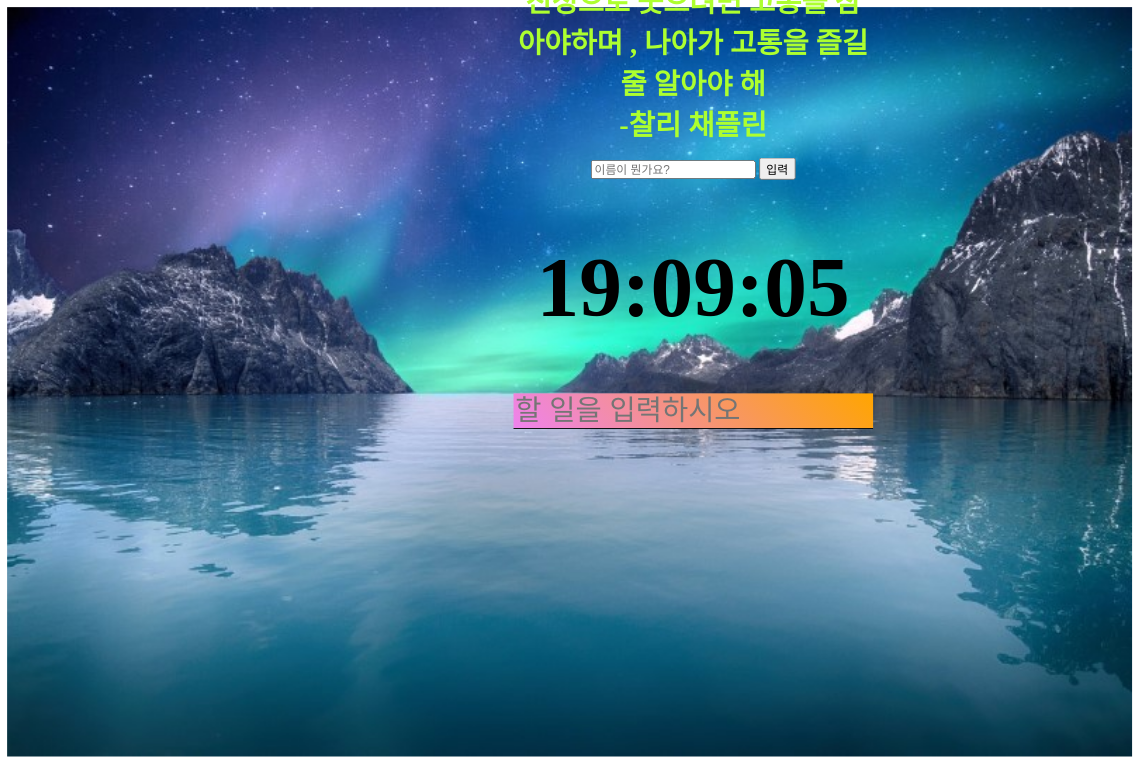
Repository: jun01270/F-E-practice
Page: index.html
An editor plug-in stored every save of this project. The page is shown before and after the next save, followed by the edit.
The browser window is 1280 px wide. The pictures show the whole page, at 89% of full size.

Above is the page before, as saved 2023-07-12 15:20:52.

After the next save:
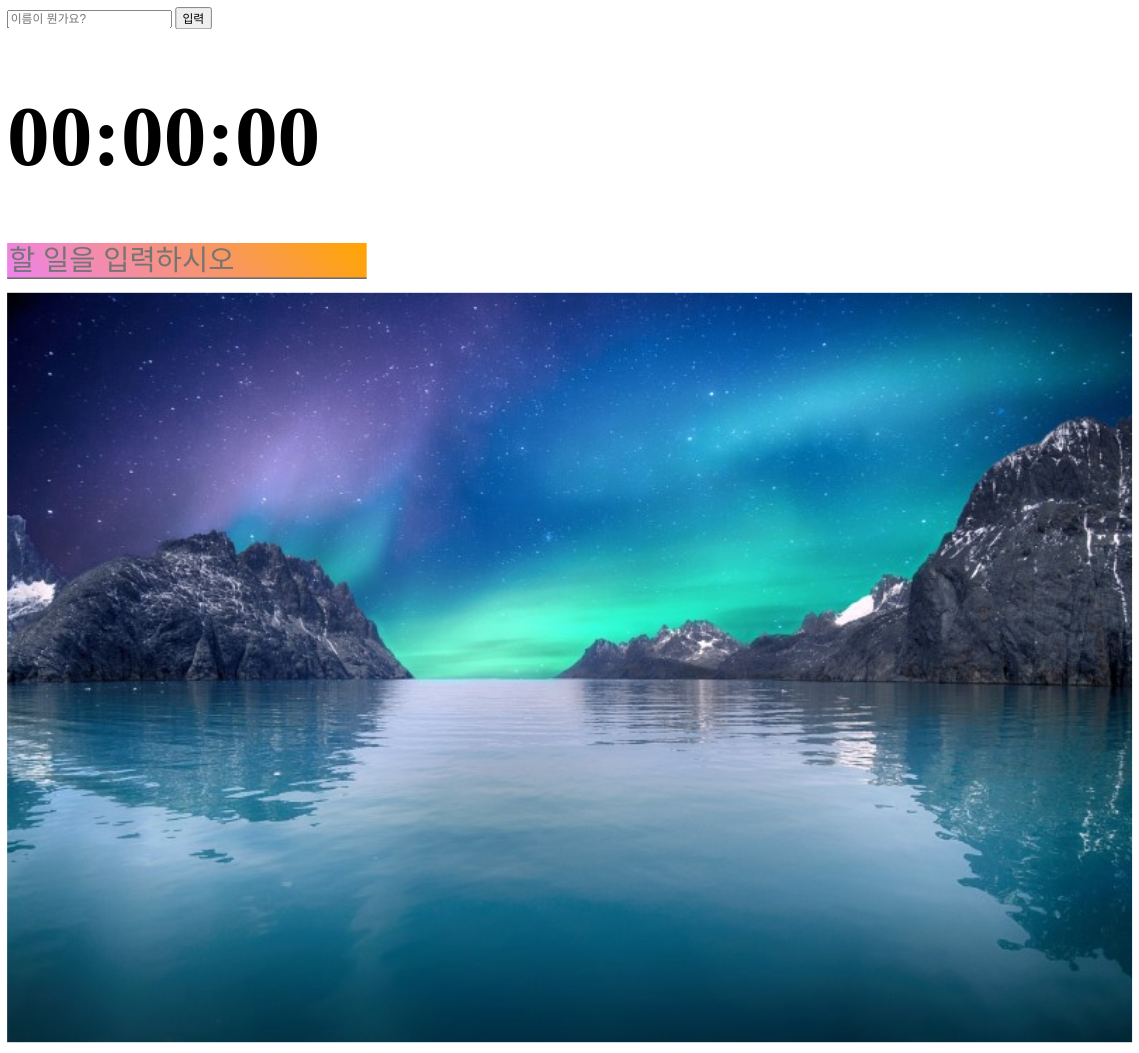
Console error: TypeError: Cannot read properties of null (reading 'querySelector')
Saved 12 s later.
--- a/index.html
+++ b/index.html
@@ -8,7 +8,7 @@
     <title>Document</title>
   </head>
   <body>
-    <div id="all">
+    <div id="wrapper">
       <form id="userName-form" class="hidden">
         <input required type="text" placeholder="이름이 뭔가요?" />
         <input type="submit" value="입력" />

After the save that followed:
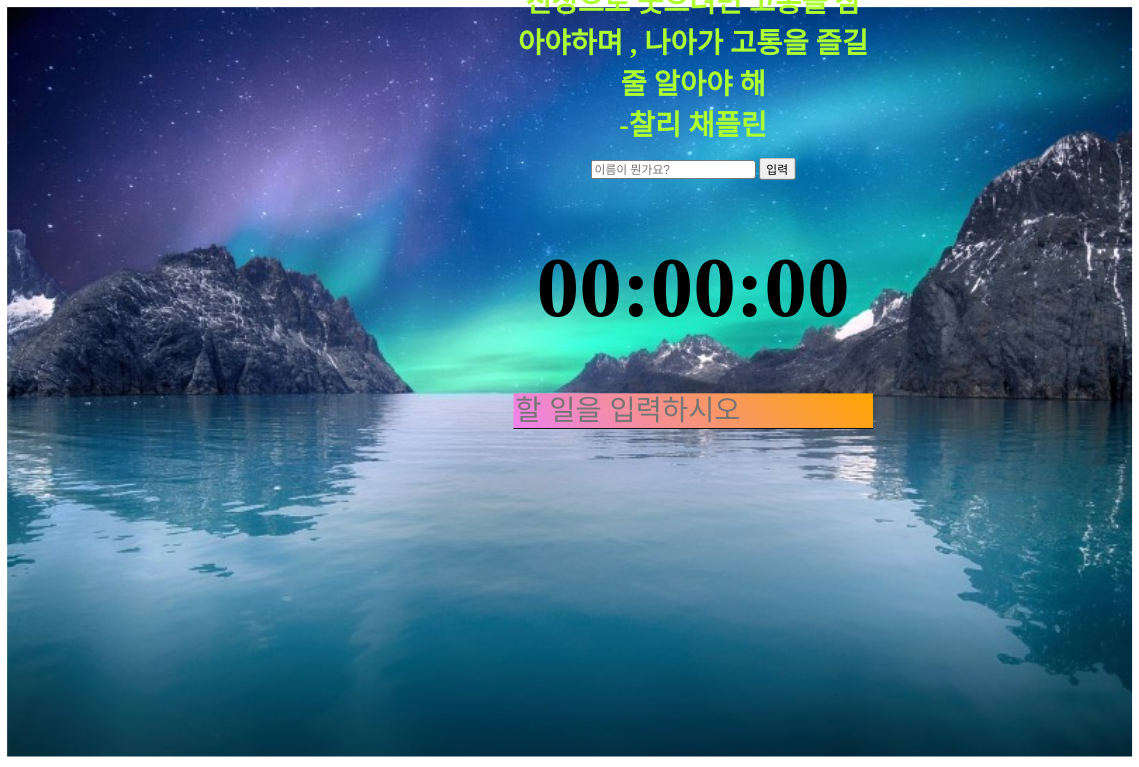
Saved 7 s later.
--- a/style.css
+++ b/style.css
@@ -11,7 +11,7 @@ body {
   position: relative;
 }
 
-#all {
+#wrapper {
   position: absolute;
   top: 20%;
   left: 45%;
